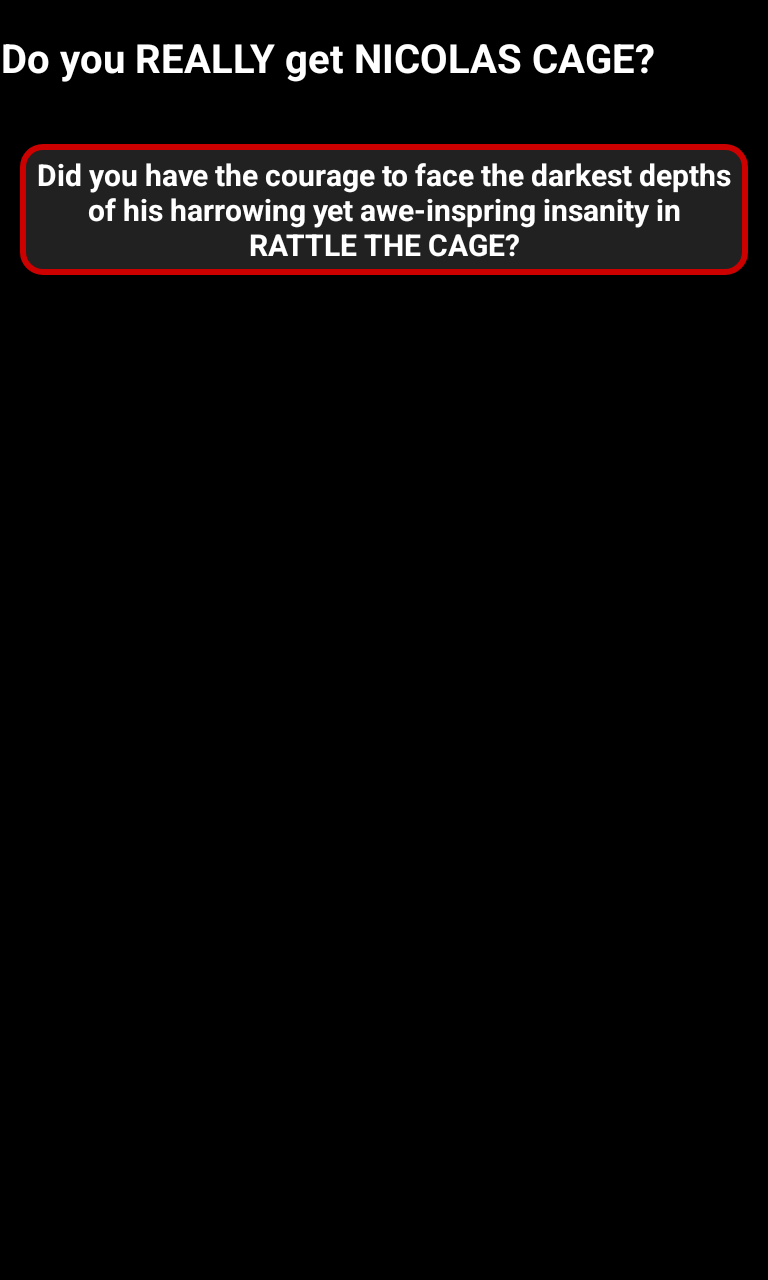
Repository: kylenicola/NicCageMobileApp
Layout: NicolasCageApp/res/layout/activity_score_menu.xml
An editor plug-in stored every save of this project. The layout is shown before and after the next save, followed by the edit.
It is drawn on a 768 x 1280 px phone screen (xhdpi) without system bars, with theme AppTheme; the app's code is not run.

Above is the layout before, as saved 2014-12-04 02:30:31.

After the next save:
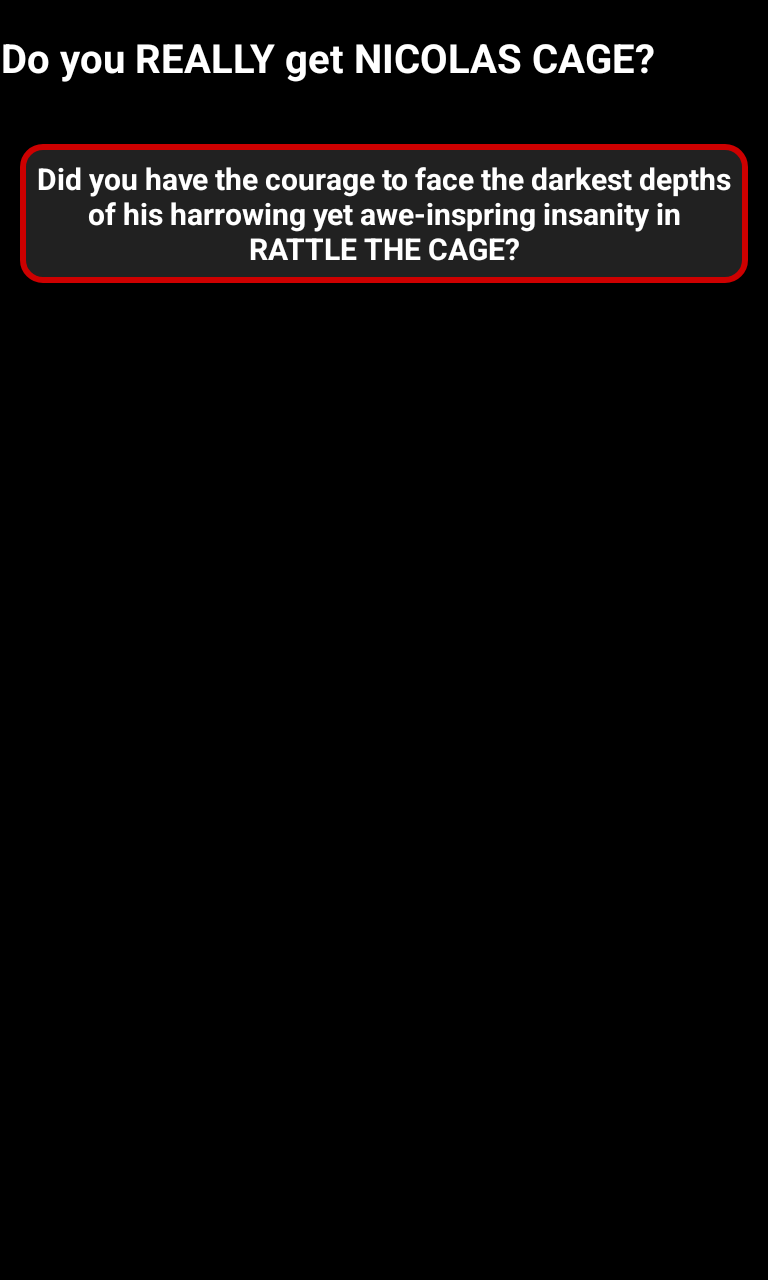
Saved 41 s later.
--- a/NicolasCageApp/res/drawable/score_menu_button_style.xml
+++ b/NicolasCageApp/res/drawable/score_menu_button_style.xml
@@ -16,10 +16,10 @@
 
     <!-- If you want to add some padding -->
     <padding
-        android:left="5dp"
-        android:top="5dp"
-        android:right="5dp"
-        android:bottom="5dp"    >
+        android:left="7dp"
+        android:top="7dp"
+        android:right="7dp"
+        android:bottom="7dp"    >
     </padding>
 
     <!-- Here is the corner radius -->
